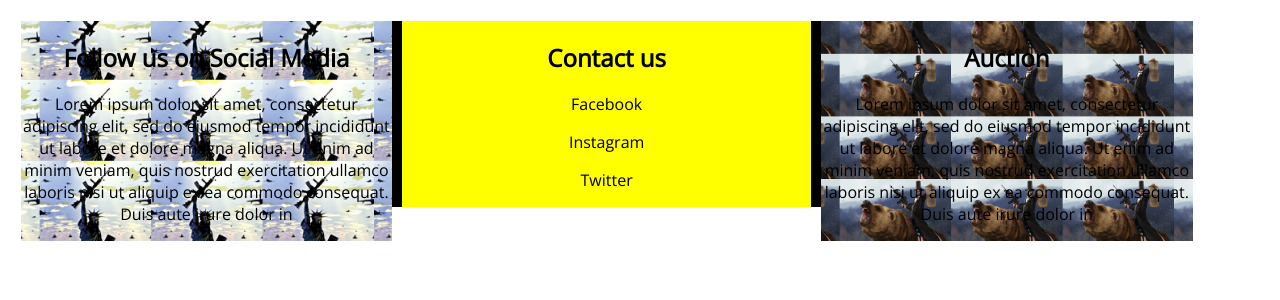
Repository: 3EyEdRav3n/10-2020-cohort-course
Page: week-1/Week-1 Assignment/index.html
The author's editor kept a copy of each file at every save. The page is drawn from the files as they stood at one save, then again after the next save.
The browser window is 1280 px wide. The pictures show the whole page.

Above is the page before, as saved 2020-11-01 21:33:18.

### week-1/Week-1 Assignment/index.html
<!DOCTYPE html>
<html lang="en">
  <head>
    <meta charset="UTF-8" />
    <meta name="viewport" content="width=device-width, initial-scale=1.0" />
    <link rel="stylesheet" href="./styles.css" />
    <link
      href="https://fonts.googleapis.com/css2?family=Open+Sans&display=swap"
      rel="stylesheet"
    />
    <link
      href="https://fonts.googleapis.com/css2?family=Open+Sans&family=Roboto+Slab:wght@500&display=swap"
      rel="stylesheet"
    />

    <title>VetTech</title>
  </head>
  <body>
    <div class="container">
      <div class="left-col">
        <h2>Follow us on Social Media</h2>
        <p>
          Lorem ipsum dolor sit amet, consectetur adipiscing elit, sed do
          eiusmod tempor incididunt ut labore et dolore magna aliqua. Ut enim ad
          minim veniam, quis nostrud exercitation ullamco laboris nisi ut
          aliquip ex ea commodo consequat. Duis aute irure dolor in
        </p>
      </div>

      <div class="center-col">
        <h2>Contact us</h2>
        <p>Facebook</p>
        <p>Instagram</p>
        <p>Twitter</p>
      </div>
      <div class="right-col">
        <h2>Auction</h2>
        <p>
          Lorem ipsum dolor sit amet, consectetur adipiscing elit, sed do
          eiusmod tempor incididunt ut labore et dolore magna aliqua. Ut enim ad
          minim veniam, quis nostrud exercitation ullamco laboris nisi ut
          aliquip ex ea commodo consequat. Duis aute irure dolor in
        </p>
      </div>
    </div>
  </body>
</html>

### week-1/Week-1 Assignment/styles.css

.container{
        font-family: 'Open Sans', sans-serif;
        min-height:500px;
        padding: 1%;
        box-sizing: border-box;
}
.left-col{
        background-image: url("/images/liberty.jpg");
        background-position: bottom center;
        background-size: 30%;
        background-color: #cccccc;
        text-align: center;
        width: 30%;
        float: left;
}
.center-col{
        background-color: yellow;
        border-left: 10px solid;
        border-right: 10px solid;
        text-align: center;
        width: 33%;
        float: left;
}
.right-col{
        background-image: url("/images/lincoln.jpg");
        background-position: bottom center;
        background-size: 30%;
        background-color: #cccccc;
        text-align: center;
        float: left;
        width: 30%;

}



h1 {
        font-family: 'Open Sans', sans-serif;
}

After the next save:
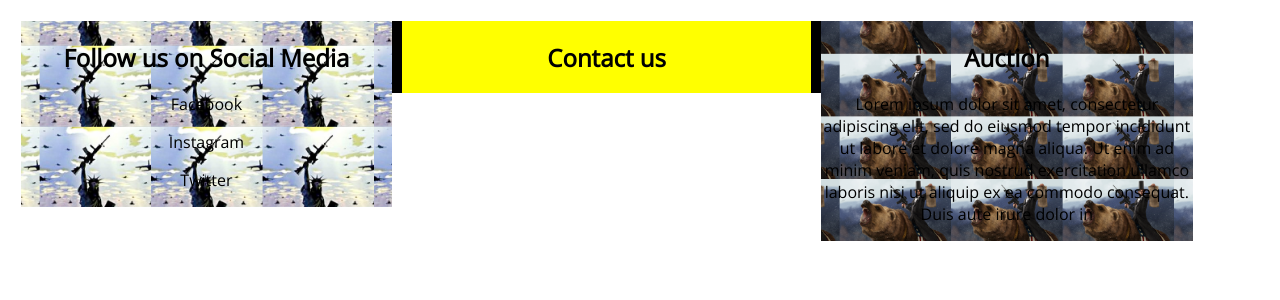
Saved 28 s later.
--- a/week-1/Week-1 Assignment/index.html
+++ b/week-1/Week-1 Assignment/index.html
@@ -19,19 +19,13 @@
     <div class="container">
       <div class="left-col">
         <h2>Follow us on Social Media</h2>
-        <p>
-          Lorem ipsum dolor sit amet, consectetur adipiscing elit, sed do
-          eiusmod tempor incididunt ut labore et dolore magna aliqua. Ut enim ad
-          minim veniam, quis nostrud exercitation ullamco laboris nisi ut
-          aliquip ex ea commodo consequat. Duis aute irure dolor in
-        </p>
+        <p>Facebook</p>
+        <p>Instagram</p>
+        <p>Twitter</p>
       </div>
 
       <div class="center-col">
         <h2>Contact us</h2>
-        <p>Facebook</p>
-        <p>Instagram</p>
-        <p>Twitter</p>
       </div>
       <div class="right-col">
         <h2>Auction</h2>
